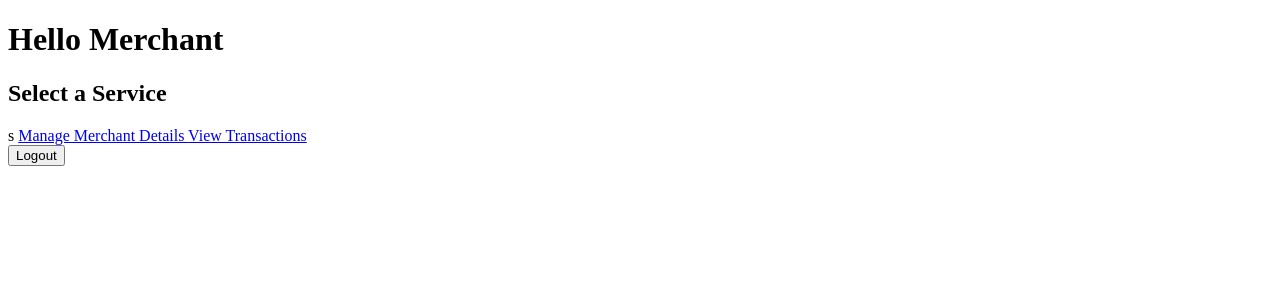
Repository: anusha-muthu/Credit-card-management
Page: Merchant/src/main/resources/static/merchant_home.html
These files come from the project's save history. The page is drawn as it stood at one moment and after the next save; the edit follows.
The browser window is 1280 px wide. The pictures show the whole page.

Above is the page before, as saved 2026-09-27 10:50:25.

After the next save:
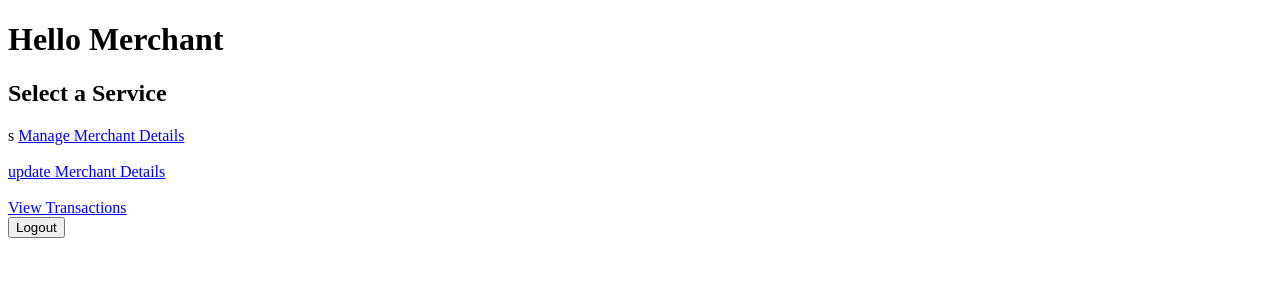
Saved 47 s later.
--- a/Merchant/src/main/resources/static/merchant_home.html
+++ b/Merchant/src/main/resources/static/merchant_home.html
@@ -15,7 +15,11 @@ s
         <a href="/api/merchants/me">
             Manage Merchant Details
         </a>
-
+        <br></br>
+        <a href="/api/merchants/update">
+            update Merchant Details
+        </a>
+   	<br></br>
         <a href="#">
             View Transactions
         </a>
